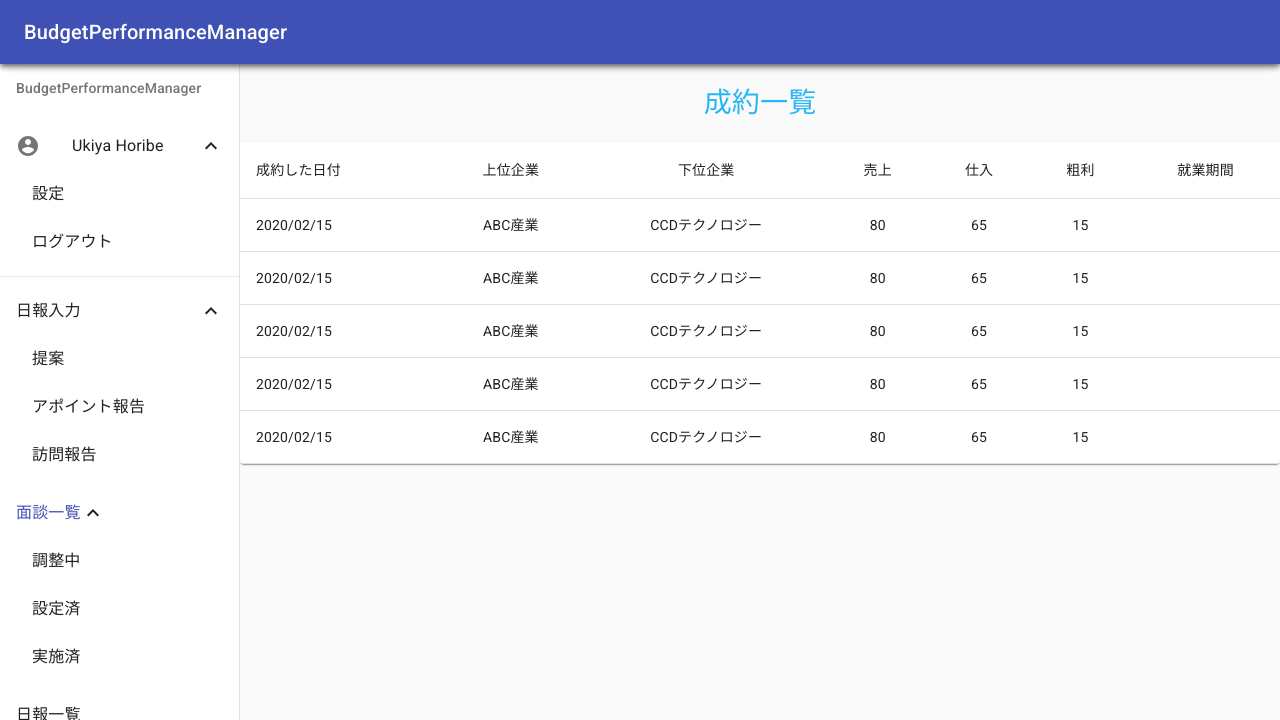
Repository: ukiyah/test
Page: /list_closing (app in src/)
The author's editor kept a copy of each file at every save. The page is drawn from the files as they stood at one save, then again after the next save.
The browser window is 1280 px wide. The pictures show the whole page.
The project was rebuilt for these pictures with package versions that can differ from the ones it lists, and the page was loaded fresh each time. Also part of the build but not shown: src/Button.js, src/proposal/Table.js, src/proposal/list_proposal.js, src/Title.js, src/Chart.js, src/Deposits.js, src/Orders.js, src/Dashboard.js and 3 more.

Above is the page before, as saved 2020-02-25 17:49:27.

After the next save:
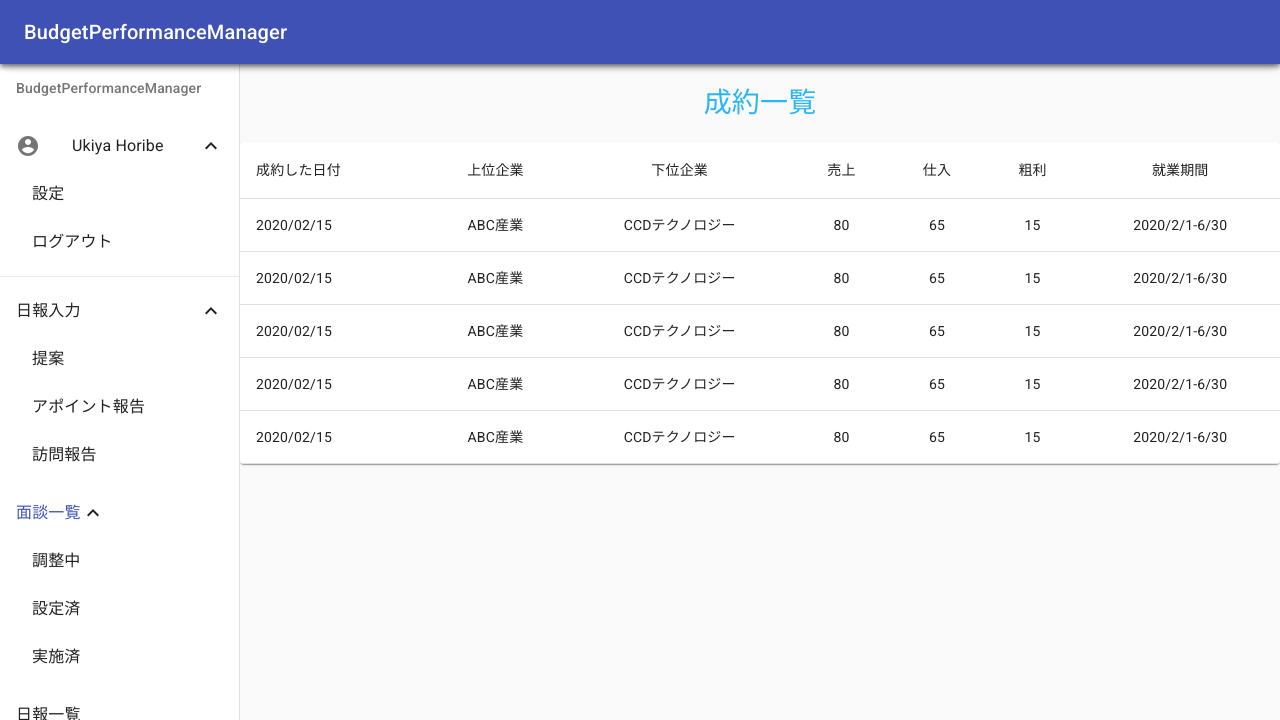
Saved 30 s later.
--- a/src/closing/Table.js
+++ b/src/closing/Table.js
@@ -23,11 +23,11 @@ function createData(closing_date,  upper_side, lower_side, sales, costs, margin,
 }
 
 const rows = [
-  createData('2020/02/15', 'ABC産業', 'CCDテクノロジー', 80, 65, 15 ),
-  createData('2020/02/15', 'ABC産業', 'CCDテクノロジー', 80, 65, 15),
-  createData('2020/02/15', 'ABC産業', 'CCDテクノロジー', 80, 65, 15),
-  createData('2020/02/15', 'ABC産業', 'CCDテクノロジー', 80, 65, 15),
-  createData('2020/02/15', 'ABC産業', 'CCDテクノロジー', 80, 65, 15),
+  createData('2020/02/15', 'ABC産業', 'CCDテクノロジー', 80, 65, 15, '2020/2/1-6/30'),
+  createData('2020/02/15', 'ABC産業', 'CCDテクノロジー', 80, 65, 15, '2020/2/1-6/30'),
+  createData('2020/02/15', 'ABC産業', 'CCDテクノロジー', 80, 65, 15, '2020/2/1-6/30'),
+  createData('2020/02/15', 'ABC産業', 'CCDテクノロジー', 80, 65, 15, '2020/2/1-6/30'),
+  createData('2020/02/15', 'ABC産業', 'CCDテクノロジー', 80, 65, 15, '2020/2/1-6/30'),
 ];
 
 export default function SimpleTable() {
